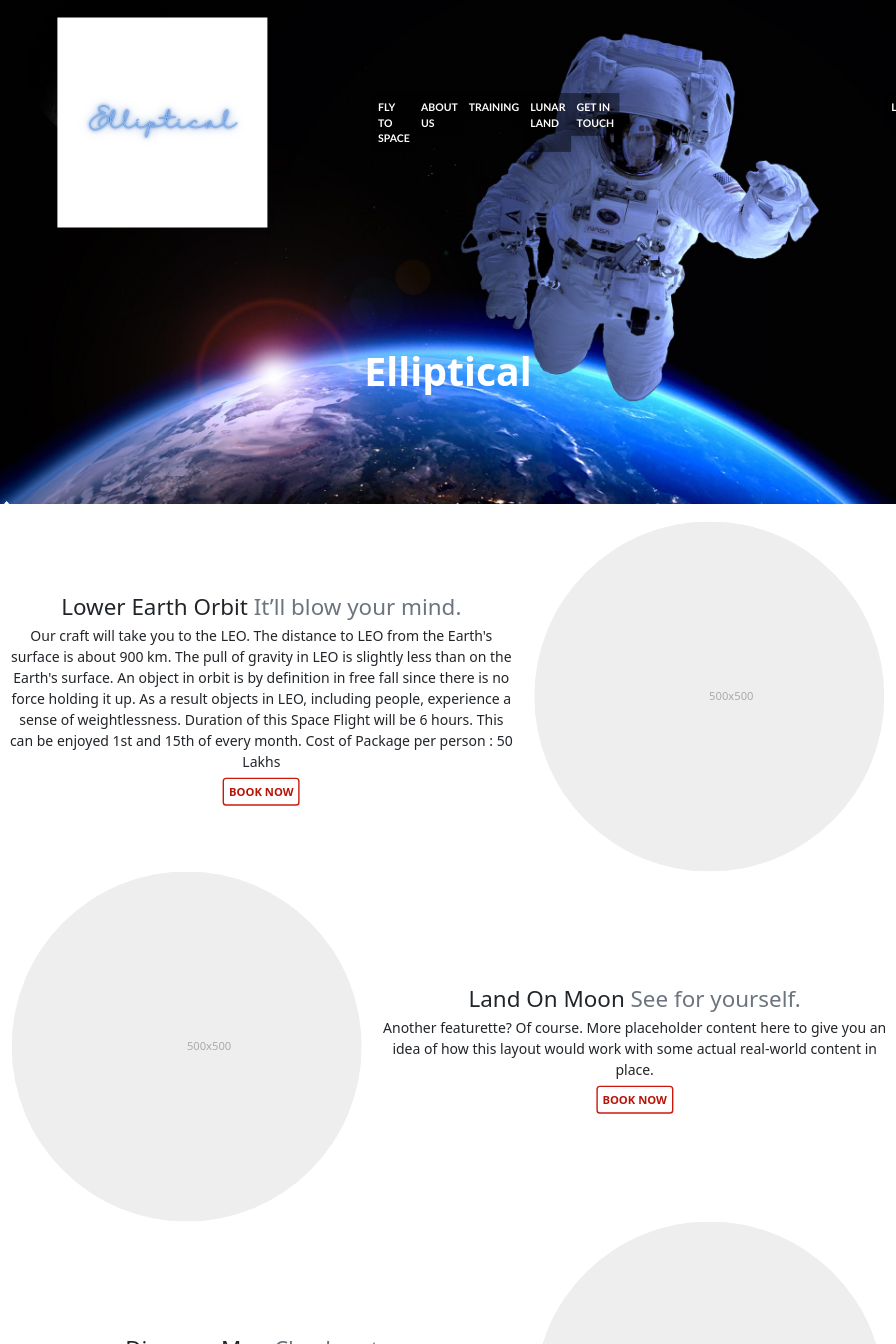
Repository: sarthakkathpalia/elliptical
Page: html/home.html
These files come from the project's save history. The page is drawn as it stood at one moment and after the next save; the edit follows.
The browser window is 1280 px wide. The pictures show the part of the page from y = 0 to 1920 px (the page is 4287 px tall), at 70% of full size.
Some web libraries are served in a nearby version.

Above is the page before, as saved 2021-10-31 14:19:42.
Console error: ReferenceError: emailjs is not defined

After the next save:
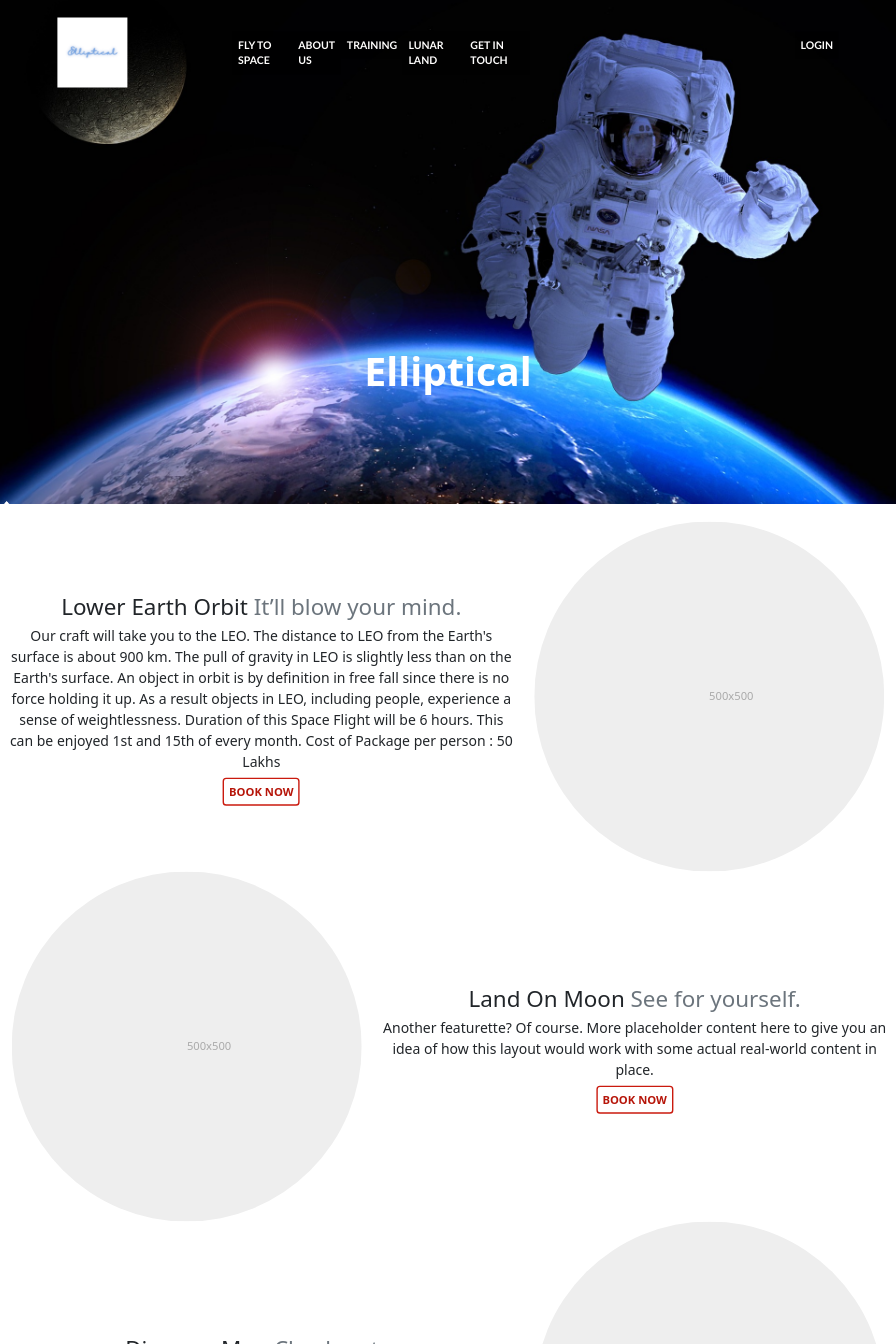
Saved 11 s later.
--- a/html/home.html
+++ b/html/home.html
@@ -28,7 +28,7 @@
           <span class="navbar-toggler-icon"></span>
         </button> -->
         <a class="logo" href="#">
-          <img src="./Elliptical Logo without bg.png" alt="Elliptical" width="300px" height="300px">
+          <img src="./Elliptical Logo without bg.png" alt="Elliptical" width="100px" height="100px">
         </a>
         <div class="collapse navbar-collapse" id="navbarNavDropdown">
           <ul class="navbar-nav ">
